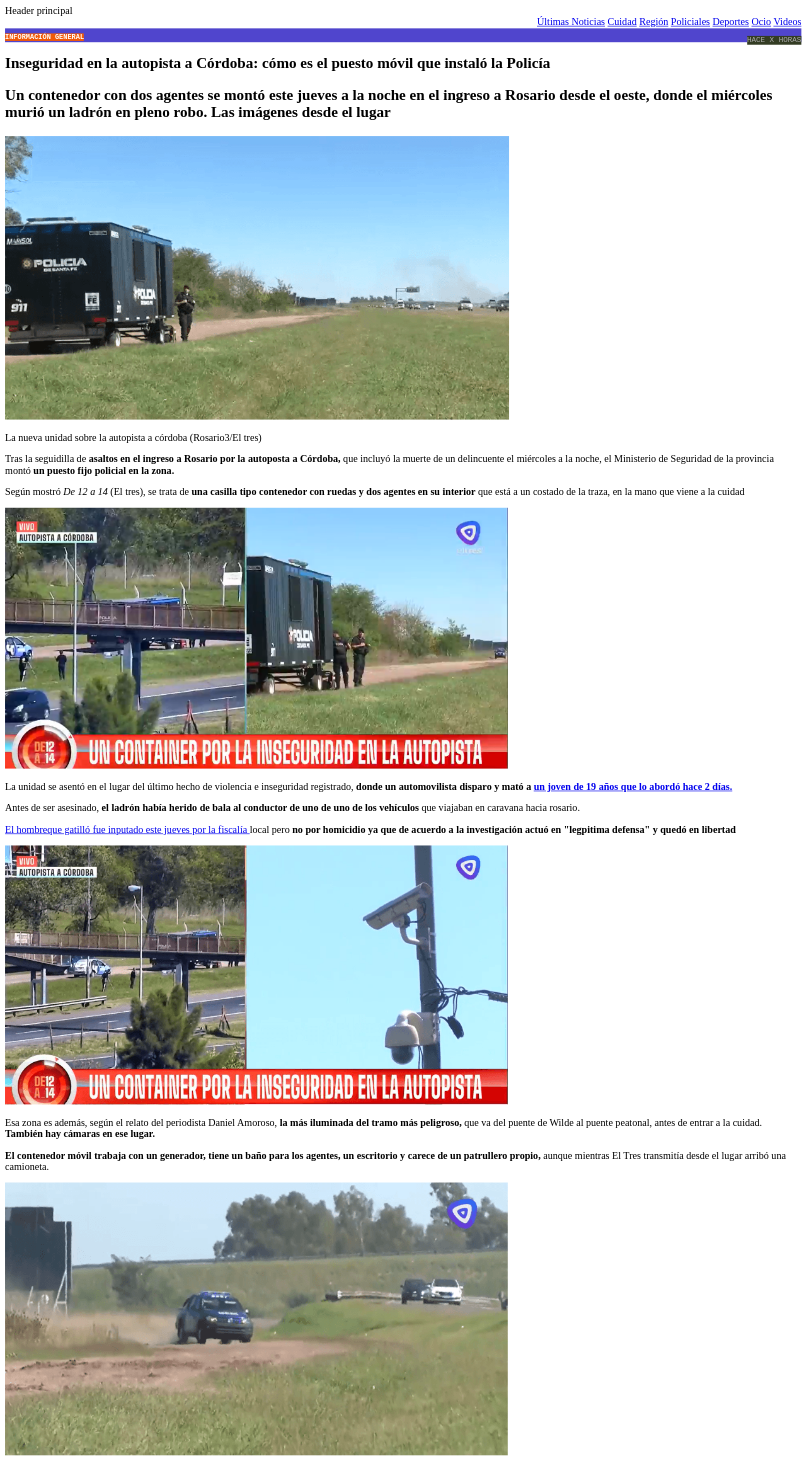
Repository: Larrowo/LPPA
Page: Clase 2/index.html
An editor plug-in stored every save of this project. The page is shown before and after the next save, followed by the edit.
The browser window is 1280 px wide. The pictures show the whole page, at 63% of full size.

Above is the page before, as saved 2022-04-19 13:52:51.

### Clase 2/index.html
<!DOCTYPE html>
<html lang="en">
<head>
    <meta charset="UTF-8">
    <meta http-equiv="X-UA-Compatible" content="IE=edge">
    <meta name="viewport" content="width=device-width, initial-scale=1.0">
    <title>Noticia LPPA</title>
    <link rel="stylesheet" href="style.css">
</head>
<body>
    <header>
        Header principal
        <div class="logo"></div>
        <div class="headerContent">
            <a class="linkHeader" href="https://www.rosario3.com/seccion/ultimas-noticias/">Últimas Noticias</a>
            <a class="linkHeader" href="https://www.rosario3.com/seccion/ciudad/">Cuidad</a>
            <a class="linkHeader" href="https://www.rosario3.com/seccion/region/">Región</a>
            <a class="linkHeader" href="https://www.rosario3.com/seccion/policiales/">Policiales</a>
            <a class="linkHeader" href="https://www.rosario3.com/seccion/deportes/">Deportes</a>
            <a class="linkHeader" href="https://www.rosario3.com/seccion/ocio/">Ocio</a>
            <a class="linkHeader" href="https://www.rosario3.com/seccion/videos/">Videos</a>
        </div>
    </header>
    <main class="conteiner">
        <article class="articulo">
            <div class="notaMainPart">
                <div class="notaTopPart">
                    <div class="volanta">
                        <h3 class="claseNoticia">
                            <a class="linkClaseNoticia" href="https://www.rosario3.com/seccion/informacion-general" style="text-decoration:none">Información General</a>
                        </h3>
                        <p class="fecha-nota"><time>Hace x Horas</time></p>

                    </div>
                    <h1>
                        Inseguridad en la autopista a Córdoba: cómo es el puesto móvil que instaló la Policía
                    </h1>
                    <h2>
                        <p>
                            Un contenedor con dos agentes se montó este jueves a la noche en el ingreso a Rosario desde el oeste, donde el miércoles murió un ladrón en pleno robo. Las imágenes desde el lugar
                        </p>
                    </h2>
                    <div class="fotoPrincipal">
                        <img src="/Clase 2/photos/fotoPrincipal.png" alt="">

                    </div>
                    <div class="descripcionFoto">
                        <p>La nueva unidad sobre la autopista a córdoba (Rosario3/El tres)</p>
                    </div>
                </div>
                <div class="cuerpoNota">
                    <p>Tras la seguidilla de <strong> asaltos en el ingreso a Rosario por la autoposta a Córdoba,</strong> que incluyó la muerte de un delincuente el miércoles a la noche, el Ministerio de Seguridad de la provincia montó <strong>un puesto fijo policial en la zona.</strong></p>
                    <p>Según mostró <em>De 12 a 14</em> (El tres), se trata de <strong>una casilla tipo contenedor con ruedas y dos agentes en su interior</strong> que está a un costado de la traza, en la mano que viene a la cuidad</p>
                    <div class="segundaImagen">
                        <img src="/Clase 2/photos/segundaImagen.png" alt="">
                    </div>
                    <p>La unidad se asentó en el lugar del último hecho de violencia e inseguridad registrado, <strong>donde un automovilista disparo y mató a <a href="https://www.rosario3.com/policiales/Quien-era-y-que-se-sabe-del-crimen-del-ladron-en-la-autopista-Rosario-Cordoba-20220414-0011.html" target="_blank"> un joven de 19 años que lo abordó hace 2 días.</a></strong></p>
                    <p>Antes de ser asesinado, <strong>el ladrón había herido de bala al conductor de uno de uno de los vehículos </strong>que viajaban en caravana hacia rosario.</p>
                    <p><a href="https://www.rosario3.com/policiales/Ladron-muerto-en-la-autopista-imputaron-al-automovilista-pero-bajo-legitima-defensa-20220414-0082.html" target="_blank">El hombreque gatilló fue inputado este jueves por la fiscalía </a>local pero <strong>no por homicidio ya que de acuerdo a la investigación actuó en "legpitima defensa" y quedó en libertad</strong></p>
                    <div class="terceraImagen">
                        <img src="/Clase 2/photos/terceraImagen.png" alt="">
                    </div>
                    <p>Esa zona es además, según el relato del periodista Daniel Amoroso, <strong>la más iluminada del tramo más peligroso,</strong> que va del puente de Wilde al puente peatonal, antes de entrar a la cuidad. <Strong>También hay cámaras en ese lugar.</Strong></p>
                    <p><strong>El contenedor móvil trabaja con un generador, tiene un baño para los agentes, un escritorio y carece de un patrullero propio,</strong> aunque mientras El Tres transmitía desde el lugar arribó una camioneta.</p>
                    <div class="cuartaImagen">
                        <img src="/Clase 2/photos/cuartaImagen.png" alt="">
                    </div>
                </div>
            </div>
        </article>
    </main>
</body>
</html>

### Clase 2/style.css
.fecha-nota{
   font-family: "Space Mono", monospace;
   color: #adadad;
   text-transform: uppercase;
   font-size: 12px;
   position: absolute;
   top: 0;
   right: 0;
   background-color: #333c23
}

.linkClaseNoticia{
    position: relative;
    color: #ffffff;
    background-color: #f15a08;
    text-transform: uppercase;
    font-size:11px;
    font-family: "Space Mono", monospace;
}

.volanta{
    position: relative;
    background-color: #5045cd;
}

.headerContent{
    float: right;
}

After the next save:
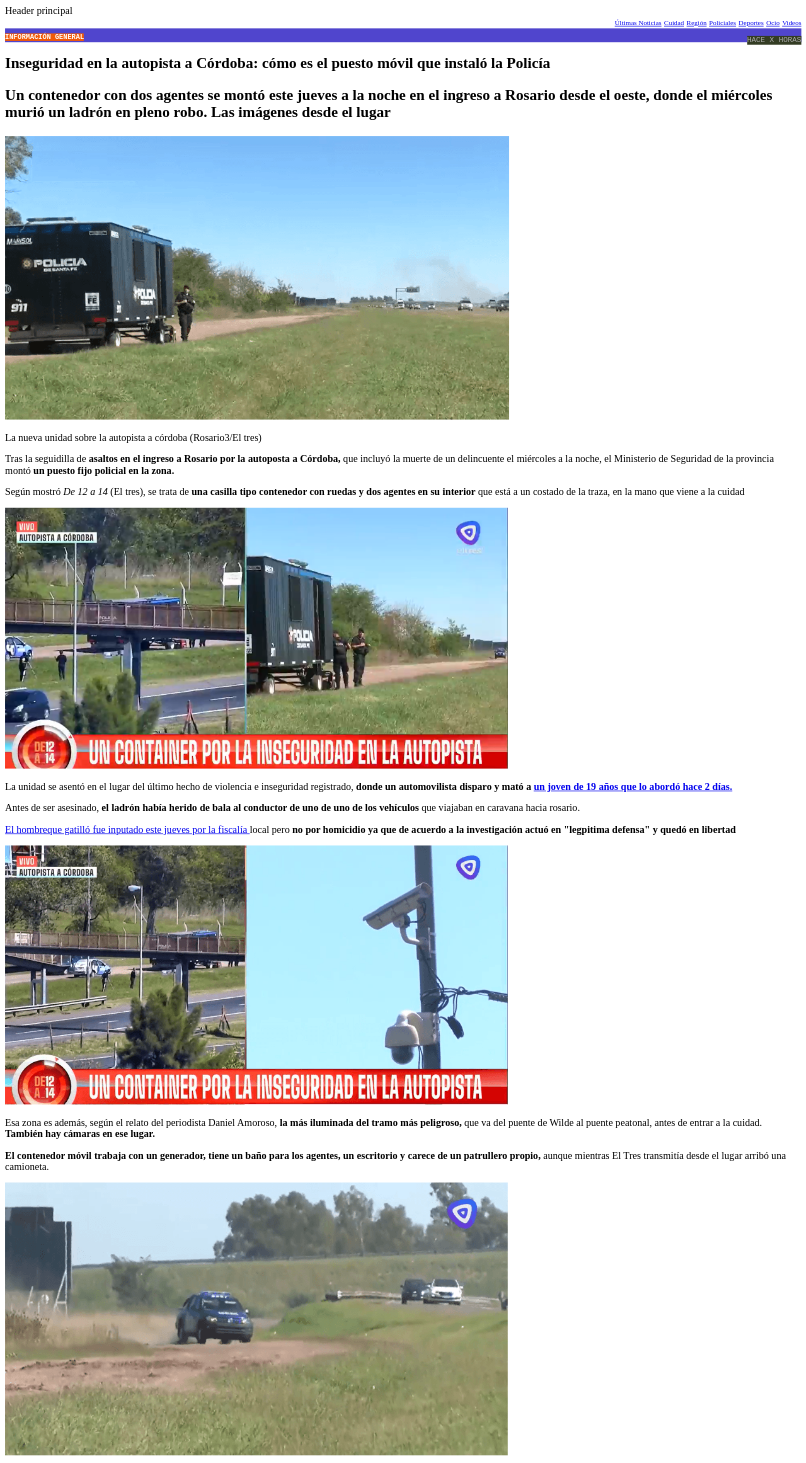
Saved 16 s later.
--- a/Clase 2/style.css
+++ b/Clase 2/style.css
@@ -26,3 +26,7 @@
 .headerContent{
     float: right;
 }
+
+.linkHeader{
+    font-size: 11px;
+}
